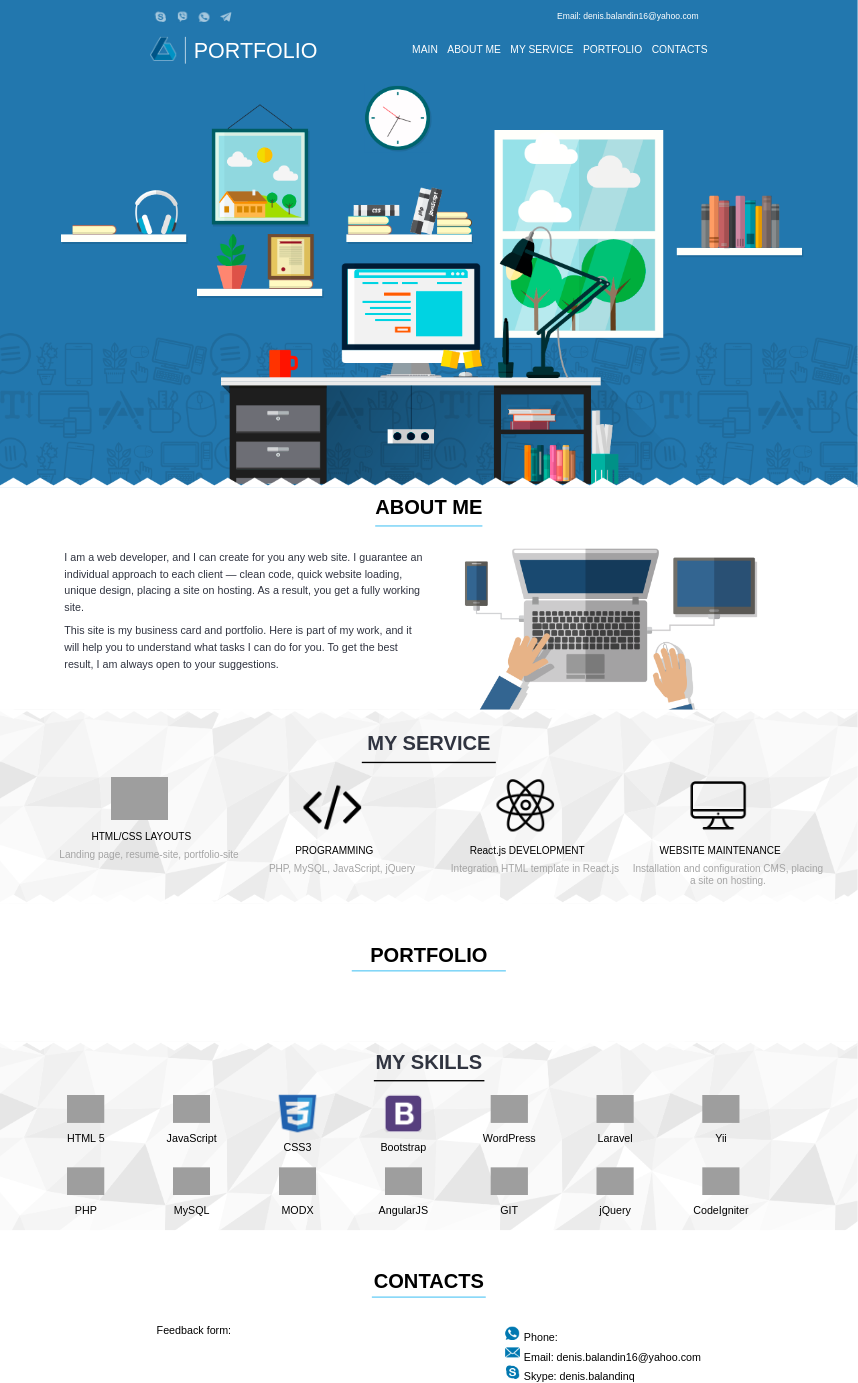
Repository: DenisBalandin/Portfolio
Page: /
An editor plug-in stored every save of this project. The page is shown before and after the next save, followed by the edit.
The browser window is 1280 px wide. The pictures show the whole page, at 67% of full size.
Pictures or frames that could not be fetched are drawn as grey boxes. The page's requests for data from a server got no answer. The project was rebuilt for these pictures with package versions that can differ from the ones it lists, and the page was loaded fresh each time. No one was signed in, and anything a server would have sent is missing. Also part of the build but not shown: src/ItemPage.js.

Above is the page before, as saved 2020-03-08 12:45:47.

### src/App.js
import React from 'react';
import './style.scss';
import ItemPage from './ItemPage';
import Home from './Home';
import Header from './Header';


import {BrowserRouter as Router,Route, Link} from 'react-router-dom';

function App(){
  return (
    <Router>
      <Header/>
      <Route exact path="/" component={Home} />
      {/* <Route exact path="/pageitem"  component={ItemPage}/> */}
      <Route exact path="/pageitem/:itemid" component={ItemPage} />
    </Router>
  );
}

export default App;

### src/style.scss
*{padding: 0; margin: 0;}
body{font-family: Arial; min-width: 500px; }
a{text-decoration: none; color: #FFFFFF; text-decoration: none;}
li{list-style: none;}

/* Heder */
#first_page_bg{
    width:100%;
    height: 70%;
    background: #2277ae;
    header{
        width: 65%;
        margin: 0 auto 0 auto;
        .up_menu_links{
            display: flex;
            justify-content: space-between;
           padding: 2% 0 0 0;
            .social_link{
                width: 30%;
                a{

                    img{
                        width: 7%;
                    }
                    margin: 0 3% 0 3%;
                }
            }
            .email_heder{
                 width: 30%;
                margin: 0 1.5% 0 0;
                a{
                    // display: flex;
                    .email_icon{
                        // width: 15%;
                        // width: 100%;
                        img{
                            width: 100%;
                            // position: absolute;
                            margin: 0 0 0 -2%;
                            // height: 100%;
                        }
                    }
                    div{
                        margin: 0.3% -2% 0 15%;
                        font-size: 1.0vw;
                    }
                }
            }
        }
        menu{
            margin:2% 0 5% 0;
            display: flex;
            justify-content: space-between;
            flex-wrap: wrap;
            width: 100%;
            .logo{
                width: 30%;
                display: flex;
                height: 100%;
                img{
                   width: 100%;
                //    height: 100%;
                //    margin: 5% 0 0% 0;
                }
                .company_name{
                    margin: auto;
                    margin: 0% 0 0 5%;
                    // height: 90%;
                    padding: 0 0 0 5%;
                    border-left: #FFFFFF 1px solid;
                    font-size: 2.5vw;
                    // height: 100%;
                    display: table;
                    a{
                        vertical-align: middle;
                    }
                }
            }
            .menu_heder{
                padding: 1.2% 0 0 0;
                width: 53%;
                display: flex;
                justify-content: space-between;
                div{
                    display: table;
                    a{
                        font-size: 1.2vw;
                        vertical-align: middle;

                    }
                    a:hover{
                        text-decoration: underline;
                    }
                }
            }
        }
    }
}
/*Heder end*/

/*Page*/
#first_page_bg_single{ width: 100%; height: 195px; background: #2277ae; padding:0px 0 0 0; overflow: hidden;}
.bg_page_insaide_page{width: 100%; background: url("img/pattop1.png") repeat-x; height: 230px; position: relative; z-index:5;}
.deltatop_page_page{width: 100%; background: url("img/deltatop.png") repeat-x; height: 14px; position: relative; z-index: 20; margin: -13px 0 0 0;}
#content_page{
    max-width: 1200px;
    margin: 30px auto 0px auto;
    display: flex;
    flex-wrap: wrap;
    flex-direction: row;
    justify-content: space-around;
}
.content_pageh1{
    font-size: 30px;
    text-transform: uppercase;
    text-align: center;
    font-weight: bold;
    position: relative;
    margin-bottom: 30px;
    color:#303440;
    text-decoration: underline;
    padding: 40px 0 10px 0;
}
#content_page img{
    width: 100%;
    height: auto;
}
/*Page end*/
.order_site{float: right; margin: 15px 0 0 20px; width: 178px; height: 30px; border: 1px solid #6ca6cd; text-align: center; color: #ffffff; padding: 10px 0 0 0; font-size: 14px; box-shadow: 9px 8px 4px -7px #2277ae; }
.order_site:hover{background: #0298cc; cursor: pointer;}
.company_name{
    color: #ffffff;
    font-size: 45px;
    margin: -10px 0 0 15px;
}
.company_name a{color: #FFFFFF;}
.company_name a:hover{color: #FFFFFF; text-decoration: none;}
.logo_border{
    width: 1px; height: 50px; background: #FFFFFF; margin: 0 10px 0 25px;
}
.content_description{
    max-width: 750px;
    height: 60px;
    float: left;
    font-size: 14px;
    color: #303440;
    margin: 0 0px 0 0;
}
.tools{ font-size: 15px; color: #303440; padding: 0 0 0 0px; }
.content_link{font-size: 15px; color: #303440; margin:0px 0 20px 0;}
.content_link a{color: #303440; text-decoration: underline;}
.content_link a:hover{text-decoration: none;}
.content_text{
    width: 80%;
    background: #fff;
    border: 1px solid #59759b;
    overflow: hidden;
    margin: 0 auto 0 auto;
}
.content_text img{
    width: 100%!important;
    height: 50%!important;
}
.web_line{ background:url("img/web_line.jpg")no-repeat;  display: inline-block; height: 69px; max-width: 1150px; margin: 0 0 -5px 0; border-right: 1px solid #59759b; border-left: 1px solid #59759b; border-top: 1px solid #59759b;}
.content_url{float: left; margin: 40px 0 0 160px;}
.content_url a{color: #585353;}
/*Links end*/
.flex-container {
    display: flex;
    flex-direction:  row-reverse;
}
/*Top Menu*/
.heder_menu{
    display: flex;
}
.top_menu{
    margin: 20px 0;
    display: flex;
    flex-direction:row;
}
/*Page bg*/
.page_bg{
    margin: -10px auto 0 auto;
}
.bg_page_insaide{width: 100%; background: url("img/pattop.png") repeat-x;  position: relative; z-index:5; background-position: bottom;
    display: flex;
    flex-direction: column;
}
.bg_page_insaide_single{width: 100%; margin: 15px 0 0 0; background: url("img/pattop.png") repeat-x; height: 130px; position: relative; z-index:5;}
.deltatop_page{width: 100%; background: url("img/deltatop.png") repeat-x; height: 14px; position: relative; z-index: 20; margin: -14px 0 0 0;}
/*Page bg end*/

/*About me*/
#about_me{
    width: 85%;
    margin:  1% auto 0% auto;
    h1{
        font-size: 30px;
        text-transform: uppercase;
        margin: 0 auto 2% auto;
        font-weight: bold;
        position: relative;
        border-bottom: 2px solid #6dcff6;
        width: 160px;
        padding: 0 0 10px 0;
    }
    .about_me_content{
    display: inline-block;
    height: 40%!important;

        p{
            box-sizing: border-box;
            font-size: 20px "Roboto";
            line-height: 25px;
            color: #303440; margin: 1% 0 1% 0;
        }
        img{
            // width: 30%;
            padding: 0 5% 0 5%;
            margin: 0 0 0% 0;

        }
    }
}
/*About me end*/

/*My Service*/
#my_service_bg{
    height: 100%;
    background: url("img/bgdelta.png") repeat-x;
    h3{
        font-size: 30px;
        text-transform: uppercase;
        font-weight: bold;
        color: #303440;
        width: 200px;
        text-align: center;
        margin: 20px auto 20px auto;
        border-bottom: 2px #000000 solid;
        padding: 0 0 10px 0;
    }
    .my_service_line_top{
        width: 100%;
        height: 14px;
        background: url("img/deltabottom.png") repeat-x;
    }
    .my_service_line_bottom{
        width: 100%;
        height: 14px;
        background: url("img/deltatop.png") repeat-x;
    }
    #my_service{
        width: 90%;
        margin: 0px auto 1% auto;
        display: flex;
        div{
            width: 30%;
            .text_img{
              width: 30%;
              margin: 0 auto 0 auto;
              img{
                 width: 100%;
              }
            }
            .text_1{
                width: 100%;
                padding: 4% 1% 0 1%;
                font-size: 15px;
            }
            .text_2{
                width: 100%;
                padding: 0 5% 0 5%;
                color:#a4a4a4;
                font-size: 15px;
            }
        }
    }
}


/*My service end*/

/*Portfolio*/
.portfolioh3{
    font-size: 30px;
    text-transform: uppercase;
    text-align: center;
    font-weight: bold;
    position: relative;
    border-bottom: 2px solid #6dcff6;
    width: 230px;
    margin: 60px auto 40px auto;
    padding: 0 0 5px 0;
}
#portfolio{
    max-width: 1900px;
    margin: 0 auto 5% auto;
    display: flex;
    flex-direction:row;
    flex-wrap: wrap;
    justify-content: center;
    .portfolioblock{
        border: 1px solid #bfd2e1;
        width: 368px;
        margin: 10px;
        box-shadow: 5px 5px 4px -5px #000000;
        img{
            margin: -5px 0 0px 0;
            display: inline-block;
        }
    }
    .p_name{
        background:#2d7eb2;
        text-align: center;
        height: 25px;
        opacity: 0.8;
        padding: 10px 20px;
        margin: -5px auto 0 auto;
        a{
            font-size: 20px;
            color: #ffffff;
        }
    }
    .p_name:hover{
        text-decoration: none;
    }
}
/*Portfolio end*/


/*Content blog*/
#content_blog{ max-width: 1200px;  margin: 0 auto 40px auto; min-height: 300px;}
/*Content blog end*/



/*I used*/
#my_skils_bg{
    width: 100%;
    height: 100%;
    background: url("img/bgdelta.png") repeat-x;
    margin: 0 0 40px 0;
}
.my_skils_line_top{
    width: 100%;
    height: 14px;
    background: url("img/deltabottom.png") repeat-x;
}
.my_skils_line_bottom{
    width: 100%;
    height: 14px;
    background: url("img/deltatop.png") repeat-x;
}
#my_skils{
    max-width: 1200px;
    margin: 10px auto 0px auto;
    display: flex;
    flex-direction:row;
    flex-wrap: wrap;
}
#my_skils div img{}
.my_skillsh3{
    font-size: 30px;
    text-transform: uppercase;
    font-weight: bold;
    color: #303440;
    width: 165px;
    text-align: center;
    margin: 0 auto 20px auto;
    border-bottom: 2px #000000 solid;
    padding: 0 0 10px 0;
}
#my_skils div{ width: 140px; text-align: center; margin: 0 0 20px 18px;}
#my_skils div img{margin: 0 0 10px 0; width:40%;}
.about_me_img{}
.text_1{ text-align: center;}
.text_2{ text-align: center; margin: 10px 0 0 0; color:#a4a4a4; font-size: 13px;}
/*I used end*/

/*Portfolio*/
.contactsh3{
    font-size: 30px;
    text-transform: uppercase;
    text-align: center;
    font-weight: bold;
    position: relative;
    border-bottom: 2px solid #6dcff6;
    width: 170px;
    margin: 60px auto 40px auto;
    padding: 0 0 5px 0;
}
#contacts{
    max-width: 1200px;
    margin: 0 auto 0px auto;
    display: flex;
    flex-direction:row;
    flex-wrap: wrap;
    justify-content: space-around;
}
.formcont{ margin: 0 20px 0 0;}
.formcont input{border: 1px solid #dddddd; margin: 10px 0 10px 0; width: 250px; height: 30px; color: #666666; padding: 0 0 0 10px;}
.formcont textarea{border: 1px solid #dddddd; margin: 10px 0 10px 0; width: 410px; height: 70px; color: #666666; padding: 15px 0 0 10px;}
.formcont button{ background:#0298cc; height: 40px; width: 180px; color: #ffffff; font-size: 18px; border: 1px solid #6ca6cd; cursor: pointer;}
.formcont button:hover{ background:#2277ae;}
/*Portfolio end*/

/*Footer*/
#footer_bg{background: #2277ae; width: 100%; height: 100px; margin: 50px 0 0 0; }
#footer{max-width: 1200px;  margin: 10px auto 0px auto; height: 50px;}
.copyright{ color: #ffffff; margin: 25px 0 0 10px;}
.footermenu{ margin: 25px 0 0 0;}
.footermenu li{float: left; font-size: 14px; margin: 0 10px 0 10px; color: #ffffff; border-bottom: 1px solid #ffffff;}
.footermenu li:hover{border-bottom: 1px solid #2277ae;}
/*footer end*/


@media all and (max-width: 900px) {
    menu{
        display: block!important;
        .logo{
            width: 60%;
           margin: 2% auto 2% auto;
        }
        .menu_heder{
            width: 90%!important;
            margin: 2% auto 4% auto;
            a{
                font-size: 2vw!important;
            }

        }
    }
    .social_link{
        display: none
    }
    .email_heder{
        display: none
    }
    #my_service{
        width: 80%!important;
        flex-wrap: wrap;
        div{
             width: 290px!important;
            .text_img{
                width: 30%!important;
            }
        }
    }

    #about_me p img {
        width: 0%;
    }

    #my_skils div img {
        width: 0% !important;
    }

    #my_skils{
        justify-content: space-around!important;
    }
    #my_skils div{
        margin: 0 !important;
    }
    .top_menu{
        display: none!important;
    }
    .menu{
        margin: 10px 0 40px 0!important;
        justify-content: space-around !important;
    }
    #about_me p{
        padding: 0 30px 0 30px!important;
    }
}
@media all and (max-width: 750px) {
    #my_service{
        width: 98%!important;
        div{
            .text_img{
                display: none;
            }
        }
    }
}

@media all and (max-width: 690px) {
    #my_service{
        width: 60%!important;


    }
}

### src/Home.js
import React,{Component} from 'react';
import AboutMe from './AboutMe';
import MyService from './MyService';
import MySkills from './MySkills';
import Contacts from './Contacts';
import Portfolio from './Portfolio';
import {BrowserRouter as Router,Route, Link} from 'react-router-dom';

class Home extends Component{
    render(){
        return(
            <div>
                <AboutMe/>
                <MyService/>
                <Portfolio/>
                <MySkills/>
                <Contacts/>
            </div>
        );
    }
}
export default Home;

### src/AboutMe.js
import React from 'react';
import aboutme from './img/aboutme.png';

function AboutMe(){
    return(
        <div id="about_me">
            <h1>ABOUT ME</h1>
            <div className="about_me_content">
                <p>
                    <img className="about_me_img" align="right" src={aboutme} width="40%"/>
                    I am a web developer, and I can create for you any web site. I guarantee an individual approach to each client — clean code, quick website loading, unique design, placing a site on hosting. As a result, you get a fully working site.
                </p>
                <p>
                    This site is my business card and portfolio. Here is part of my work, and it will help you to understand what tasks I can do for you. To get the best result, I am always open to your suggestions.
                </p>
            </div>
        </div>
    );
}
export default AboutMe;

### src/MyService.js
import React from 'react';
import html_icon from './img/html_icon.png';
import code_icon from './img/code_icon.png';
import react from './img/react_icon.png';
import display_icoon from './img/display_icoon.png';

function MyService(){
    return(
        <div id="my_service_bg">
          <div className="my_service_line_top"></div>
          <h3>MY SERVICE</h3>
          <div id="my_service">
              <div>
                <div  className="text_img"><img src={html_icon} /></div>
                <div className="text_1">HTML/CSS LAYOUTS</div>
                <div className="text_2">Landing page, resume-site, portfolio-site</div>
              </div>
              <div>
              <div  className="text_img"><img  src={code_icon} /></div>
                <div className="text_1">PROGRAMMING</div>
                <div className="text_2">PHP, MySQL, JavaScript, jQuery</div>
              </div>
              <div>
              <div  className="text_img"><img src={react}/></div>
                <div className="text_1">React.js DEVELOPMENT</div>
                <div className="text_2">Integration HTML template in React.js</div>
              </div>
              <div>
              <div  className="text_img"><img src={display_icoon}/></div>
                <div className="text_1">WEBSITE MAINTENANCE</div>
                <div className="text_2">Installation and configuration CMS, placing a site on hosting.</div>
              </div>
          </div>
          <div className="my_service_line_bottom"></div>
      </div>
    );
}
export default MyService;

### src/MySkills.js
import React from 'react';
import css3 from './img/css3.png';
import bootstrap from './img/bootstrap.png';

function MySkills(){
    return(
        <div id="my_skils_bg">
            <div className="my_skils_line_top"></div>
            <h3 className="my_skillsh3">My Skills</h3>
            <div id="my_skils">
                <div>
                    <img src="<?php bloginfo('template_directory'); ?>/img/html5.png" />
                    <p>HTML 5</p>
                </div>
                <div>
                    <img src="<?php bloginfo('template_directory'); ?>/img/js.png"/>
                    <p>JavaScript</p>
                </div>
                <div><img src={css3}/> <p>CSS3</p></div>
                <div><img src={bootstrap}/><p>Bootstrap</p></div>
                <div><img src="<?php bloginfo('template_directory'); ?>/img/wordpress.png"/><p>WordPress</p></div>
                <div><img src="<?php bloginfo('template_directory'); ?>/img/laravel.png"/><p>Laravel</p></div>
                <div><img src="<?php bloginfo('template_directory'); ?>/img/yii.png"/><p>Yii</p></div>
                <div><img src="<?php bloginfo('template_directory'); ?>/img/php.png"/><p>PHP</p></div>
                <div><img src="<?php bloginfo('template_directory'); ?>/img/mysql.png"/><p>MySQL</p></div>
                <div><img src="<?php bloginfo('template_directory'); ?>/img/modx.png"/><p>MODX</p></div>
                <div><img src="<?php bloginfo('template_directory'); ?>/img/angular.png"/><p>AngularJS</p></div>
                <div><img src="<?php bloginfo('template_directory'); ?>/img/git.png"/><p>GIT</p></div>
                <div><img src="<?php bloginfo('template_directory'); ?>/img/jquery.png"/><p>jQuery</p></div>
                <div><img src="<?php bloginfo('template_directory'); ?>/img/codeigniter.png"/><p>CodeIgniter</p></div>
            </div>
            <div className="my_service_line_bottom"></div>
        </div>
    );
}
export default MySkills;

### src/Contacts.js
import React from 'react';
import skype_cont from './img/skype_cont.jpg';
import mail_cont from './img/mail_cont.jpg';
import phone_cont from './img/phone_cont.png';

function Contacts(){
    return(
        <>
            <h3 className="contactsh3">CONTACTS</h3>
            <div id="contacts">
                <div className="formcont">
                    <p>Feedback form:</p>

                </div>
                <div className="contacts">
                    <div>
                    <img src={phone_cont}/> <span>Phone:</span>
                    </div>
                    <div>
                    <img src={mail_cont}/> <span>Email: denis.balandin16@yahoo.com  </span>
                    </div>
                    <div>
                    <img src={skype_cont}/> <span>Skype: denis.balandinq </span>
                    </div>
                </div>
            </div>
        </>
    );
}
export default Contacts;

### src/Portfolio.js
import React,{Component} from 'react';
import portfolioicon from './img/portfolioicon.jpg';
import { db } from "./firebase";
import ReactHtmlParser, { processNodes, convertNodeToElement, htmlparser2 } from 'react-html-parser';
import {BrowserRouter as Router,Route, Link} from 'react-router-dom';

class Portfolio extends Component{
    constructor(props){
        super(props);
        this.state = {
            pageItems:[]
        }
    }
    componentDidMount(){
        this.getFetch();
    }
    getFetch = () => {
        db.collection("pages")
        .get()
        .then(querySnapshot => {
            let fullArray = [];
            const data = querySnapshot.docs.map(doc => doc.data());
            // for(var int = 0; int < data.length; int++){
            //     fullArray[int] = {
            //         name: data[int].name,
            //         date:data[int].date,
            //         check:data[int].check,
            //         id: querySnapshot.docs[int].id,
            //     }
            // }
            this.setState({ pageItems: data });
        });
        // fetch('http://testwoo/wp-json/wp/v2/posts')
        // .then(response => response.json())
        // .then(
        //     result => this.setState({
        //         pages:result
        //     })
        // );
    }

    render(){
       return(
           <>
            <h3 className="portfolioh3">PORTFOLIO</h3>
            <div id="portfolio">
                {this.state.pageItems.map((page, index)=>
                    <div className="portfolioblock">
                        <Link to={`/pageitem/${page.url}`}>
                            <img src={portfolioicon}  width="368"/>
                            <img src={page.image}  width="368"/>
                        </Link>
                        <div className="p_name">
                            <a href="/pexuniverse/">{page.title}</a>
                        </div>
                    </div>
                )}


            </div>
        </>
       );
   }
}
export default Portfolio;

### src/firebase.js
import firebase from 'firebase';

const firebaseApp = firebase.initializeApp({
    apiKey: "AIzaSyBjev16k10DNrJPvuzgAZ6XukLXJT_yoMU",
    authDomain: "portfolio-29663.firebaseapp.com",
    databaseURL: "https://portfolio-29663.firebaseio.com",
    projectId: "portfolio-29663",
    storageBucket: "portfolio-29663.appspot.com",
    messagingSenderId: "149677035898",
    appId: "1:149677035898:web:b8bd781008d2e194b086c3",
    measurementId: "G-XCQX1K1BLH"
});

const db = firebaseApp.firestore();

export {db};

Loaded but not shown: public/index.html (common file); src/index.js (common file); src/index.css (common file); src/serviceWorker.js (common file); src/Header.js (72 lines, source omitted)

After the next save:
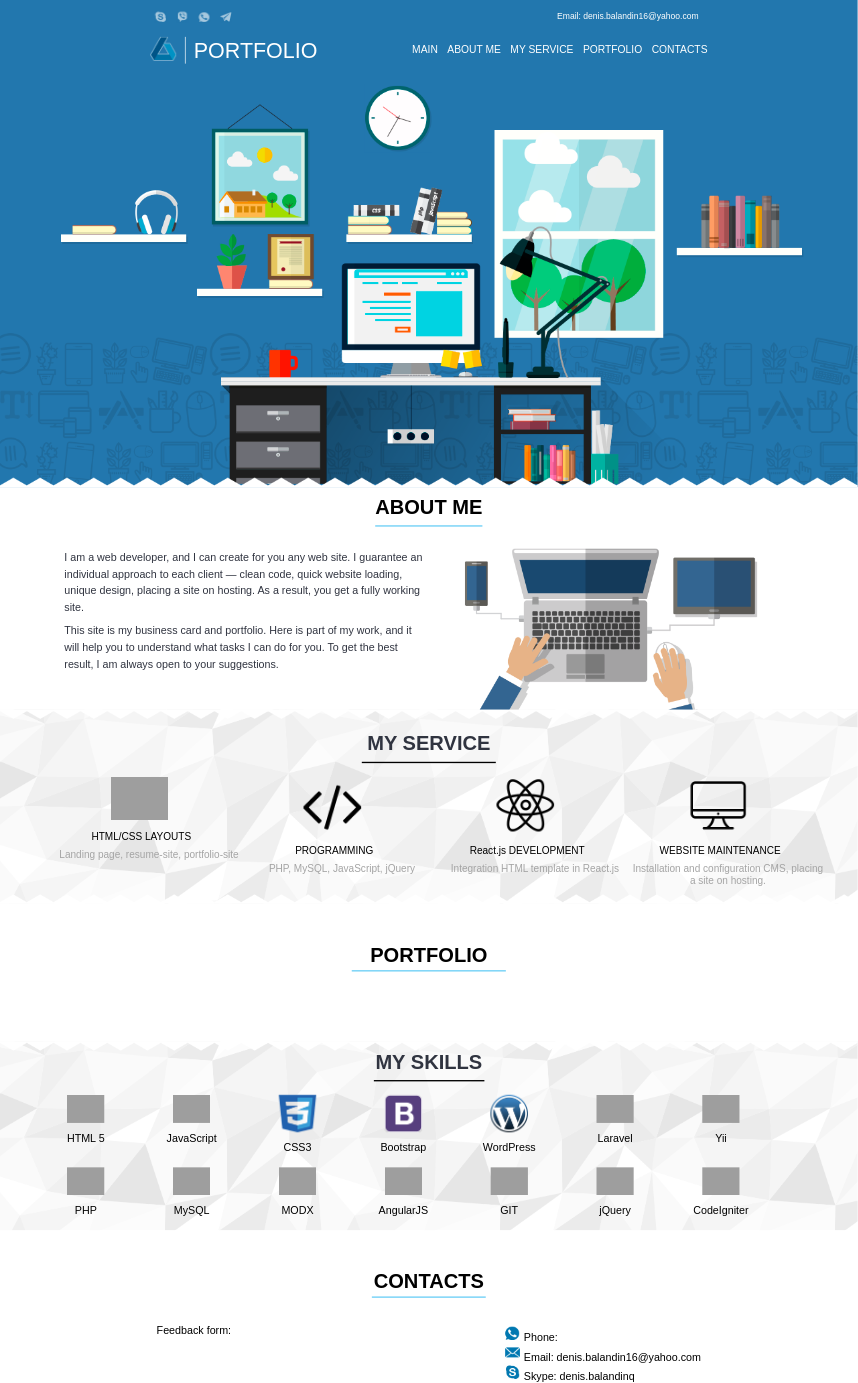
Saved 3 min 4 s later.
--- a/src/MySkills.js
+++ b/src/MySkills.js
@@ -1,6 +1,7 @@
 import React from 'react';
 import css3 from './img/css3.png';
 import bootstrap from './img/bootstrap.png';
+import wordpress from './img/wordpress.png';
 
 function MySkills(){
     return(
@@ -18,7 +19,7 @@
                 </div>
                 <div><img src={css3}/> <p>CSS3</p></div>
                 <div><img src={bootstrap}/><p>Bootstrap</p></div>
-                <div><img src="<?php bloginfo('template_directory'); ?>/img/wordpress.png"/><p>WordPress</p></div>
+                <div><img src={wordpress}/><p>WordPress</p></div>
                 <div><img src="<?php bloginfo('template_directory'); ?>/img/laravel.png"/><p>Laravel</p></div>
                 <div><img src="<?php bloginfo('template_directory'); ?>/img/yii.png"/><p>Yii</p></div>
                 <div><img src="<?php bloginfo('template_directory'); ?>/img/php.png"/><p>PHP</p></div>
